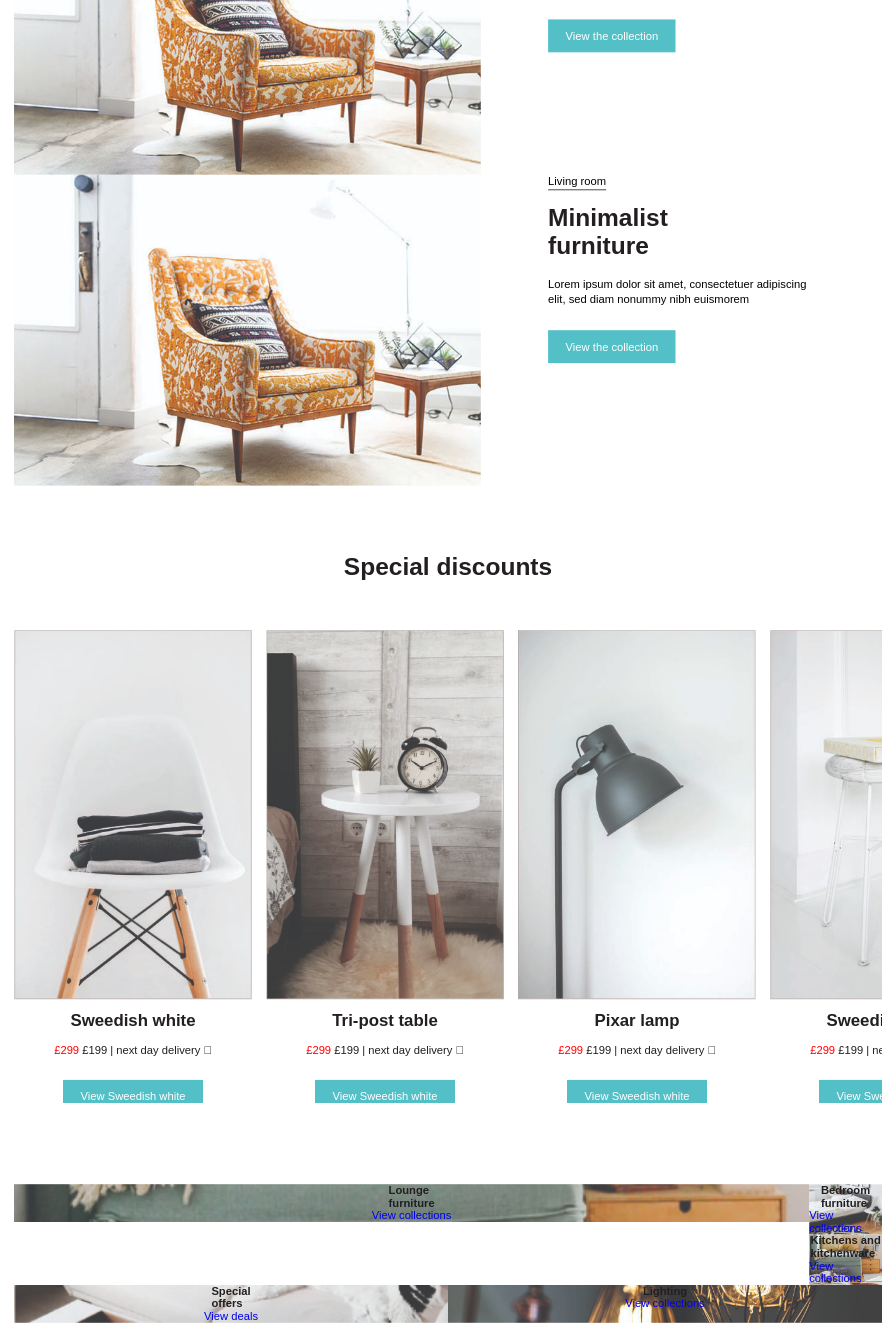
Repository: dinhhaidh/republic-web
Page: index.html
These files come from the project's save history. The page is drawn as it stood at one moment and after the next save; the edit follows.
The browser window is 1280 px wide. The pictures show the part of the page from y = 1524 to 3444 px (the page is 4498 px tall before and 4309 px after), at 70% of full size.
Some web fonts or font styles are not loaded; a fallback is used. Some web libraries are served in a nearby version.

Above is the page before, as saved 2024-01-26 08:42:39.

After the next save:
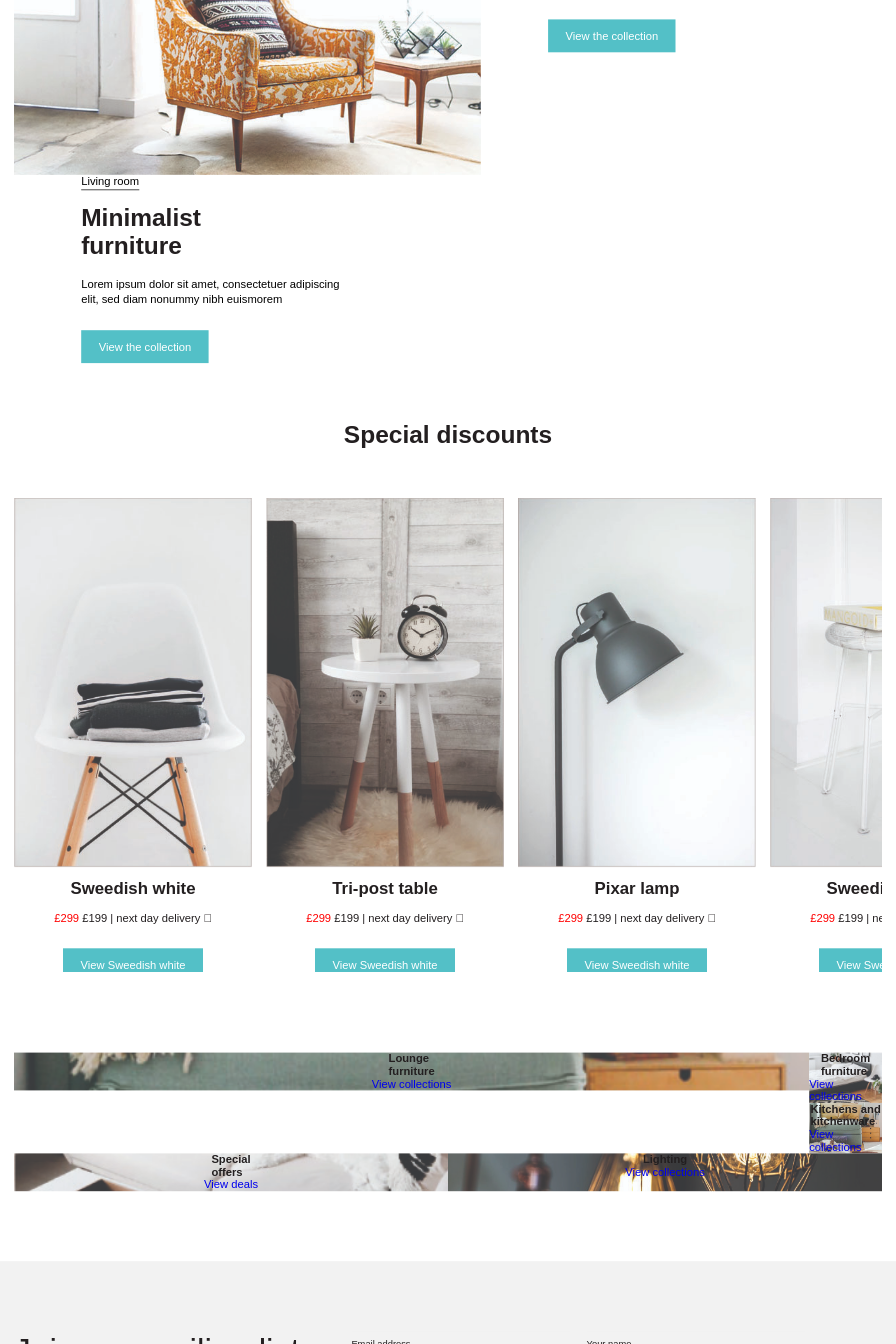
Not found: img/funitire2.jpg
Saved 25 s later.
--- a/index.html
+++ b/index.html
@@ -110,7 +110,7 @@
                 </div>
                 <div class="bedroom__main">
                     <div class="bedroom__images">
-                        <img src="./img/funitire1.jpg" alt="" class="bedroom__image">
+                        <img src="./img/funitire2.jpg" alt="" class="bedroom__image">
                     </div>
                     <div class="bedroom__content">
                         <span>Living room</span>
